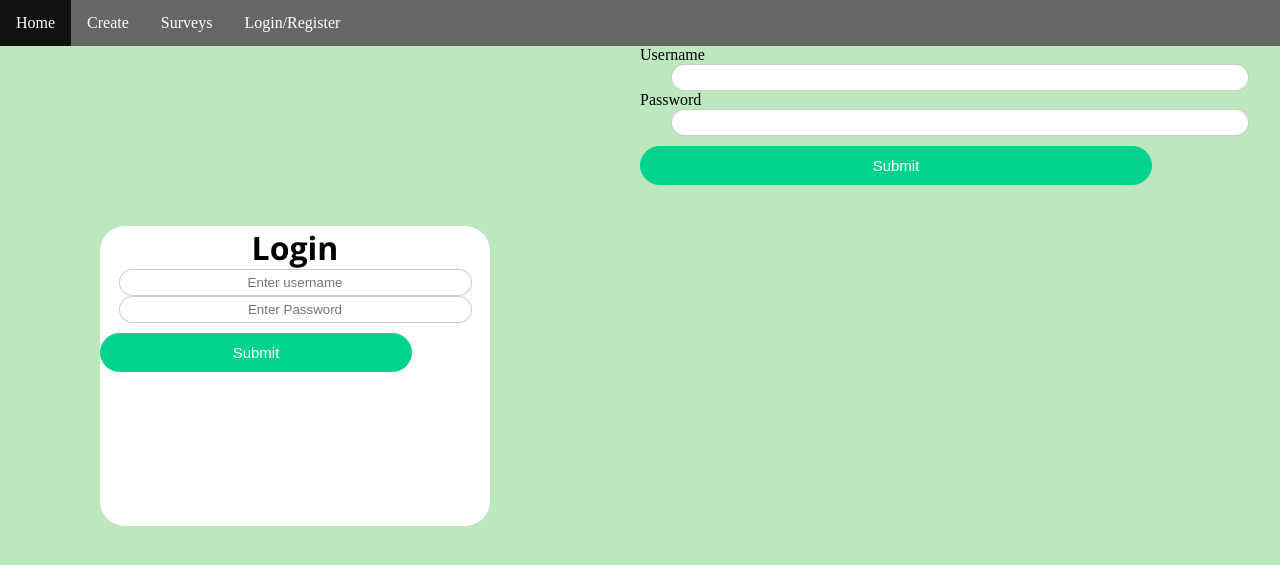
Repository: cakuang1/QuickSurveyReact
Page: /login
An editor plug-in stored every save of this project. The page is shown before and after the next save, followed by the edit.
The browser window is 1280 px wide. The pictures show the whole page.
The project was rebuilt for these pictures with package versions that can differ from the ones it lists, and the page was loaded fresh each time. Also part of the build but not shown: src/pages/create.js, src/pages/home.js, src/pages/pastsurveys.js.

Above is the page before, as saved 2022-07-21 15:31:41.

After the next save:
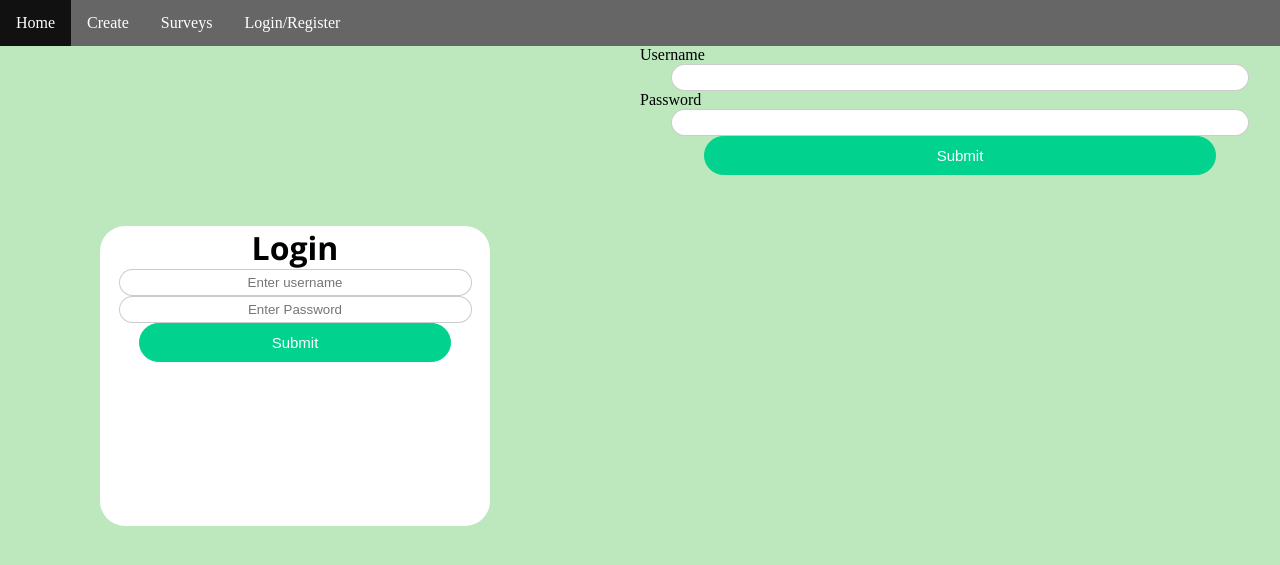
Saved 4 s later.
--- a/src/pages/login.css
+++ b/src/pages/login.css
@@ -52,7 +52,8 @@ input[type="submit"] {
     color: #fff;
     padding: 10px 20px;
     width: 80%;
-
+    margin: auto;
+    display: block;
   }
 
 
